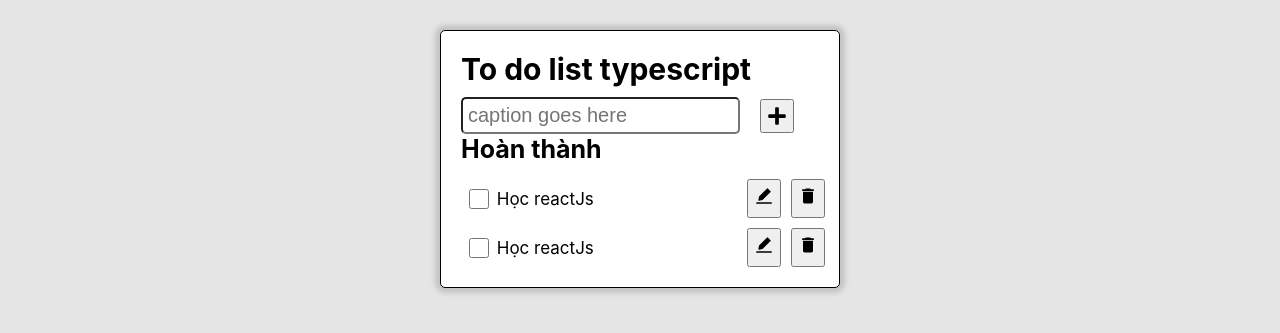
Repository: Nhatktvn/TodoListReactTs
Page: /
The author's editor kept a copy of each file at every save. The page is drawn from the files as they stood at one save, then again after the next save.
The browser window is 1280 px wide. The pictures show the whole page.
The project was rebuilt for these pictures with package versions that can differ from the ones it lists, and the page was loaded fresh each time.

Above is the page before, as saved 2023-11-08 09:09:46.

After the next save:
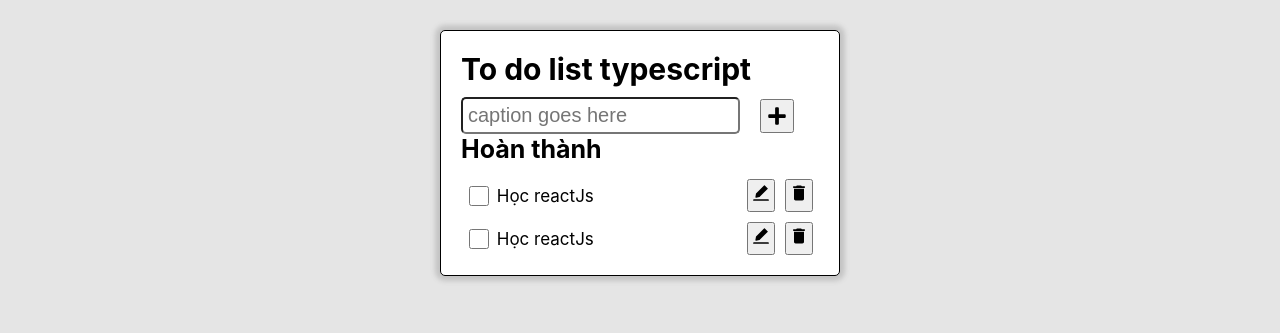
Saved 7 s later.
--- a/src/components/TaskList/tasklist.module.scss
+++ b/src/components/TaskList/tasklist.module.scss
@@ -27,7 +27,7 @@
       display: flex;
       gap: 1rem;
       .btn {
-        padding: 5px;
+        padding: 2px;
       }
     }
   }
